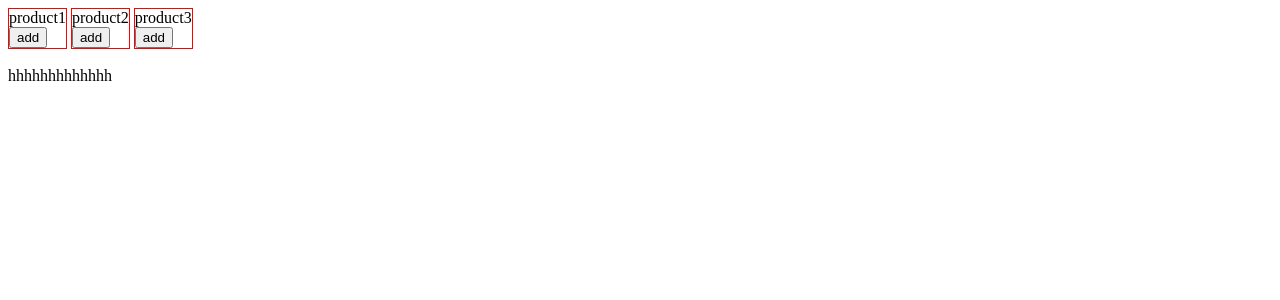
Repository: quynh232000/javascript-basic
Page: Lab5/demo.html
An editor plug-in stored every save of this project. The page is shown before and after the next save, followed by the edit.
The browser window is 1280 px wide. The pictures show the whole page.
After loading, the first visible `button.btn` was clicked once.

Above is the page before, as saved 2023-07-27 21:35:39.

### Lab5/demo.html
<!DOCTYPE html>
<html lang="en">
  <head>
    <meta charset="UTF-8" />
    <meta name="viewport" content="width=device-width, initial-scale=1.0" />
    <title>Document</title>
  </head>
  <body>
    <div class="left">
      <div class="item" style="border: 1px solid red; display: inline-block">
        product1
        <div>
          <span><button class="btn">add</button></span>
        </div>
      </div>
      <div class="item" style="border: 1px solid red; display: inline-block">
        product2
        <div>
          <span><button class="btn">add</button></span>
        </div>
      </div>
      <div class="item" style="border: 1px solid red; display: inline-block">
        product3
        <div>
          <span><button class="btn">add</button></span>
        </div>
      </div>
    </div>
    <br />
    <div>hhhhhhhhhhhhh</div>
    <div class="right"></div>
    <script>
      let a = document.querySelector(".left");
      let b = document.querySelector(".right");
      const btnEl = document.querySelectorAll(".btn");

      btnEl.forEach((element) => {
        element.addEventListener("click", () => {
          const elParent = element.closest(".item");
          elParent.onclick = () => {
            console.log(elParent.textContent);
          };
        });
      });
    </script>
  </body>
</html>

After the next save:
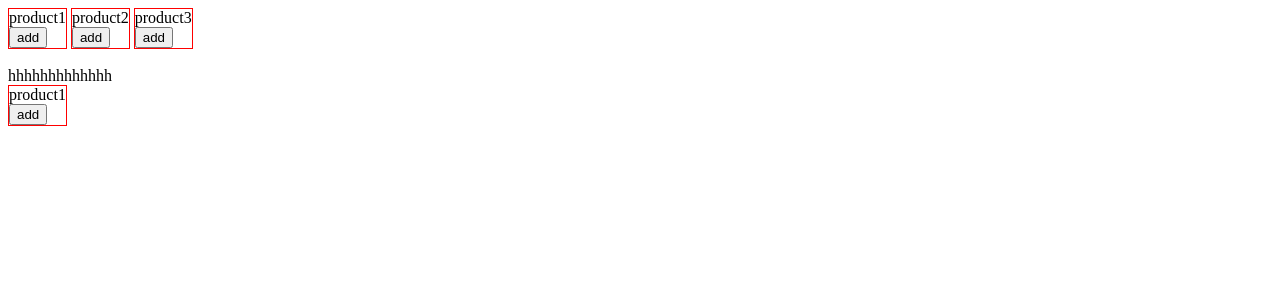
Saved 40 s later.
--- a/Lab5/demo.html
+++ b/Lab5/demo.html
@@ -38,7 +38,7 @@
         element.addEventListener("click", () => {
           const elParent = element.closest(".item");
           elParent.onclick = () => {
-            console.log(elParent.textContent);
+            b.appendChild(elParent.cloneNode(true));
           };
         });
       });
